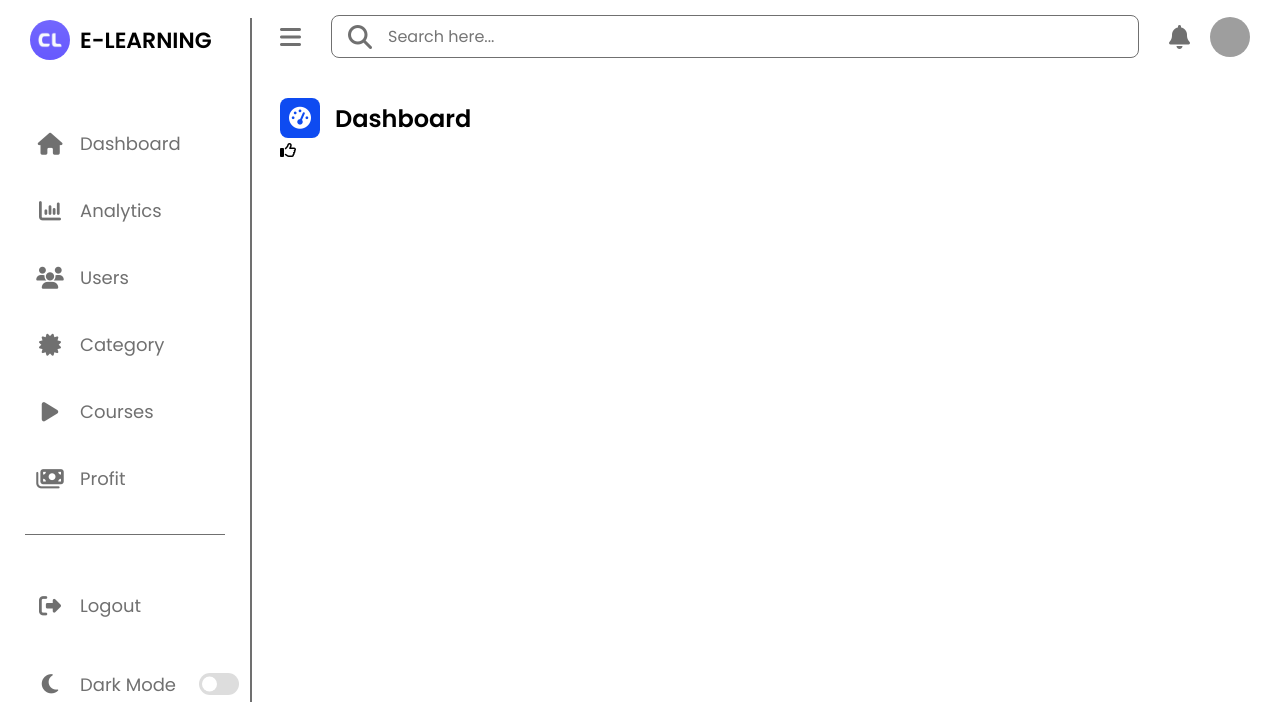
Repository: phamngocthang/practice-html-css
Page: Admin/dist/index.html
These files come from the project's save history. The page is drawn as it stood at one moment and after the next save; the edit follows.
The browser window is 1280 px wide. The pictures show the whole page.
Pictures or frames that could not be fetched are drawn as grey boxes. The style sheet was rebuilt from its Sass, Less or Tailwind sources for each picture, by a compiler version that may differ from the author's.

Above is the page before, as saved 2023-10-25 02:18:13.

After the next save:
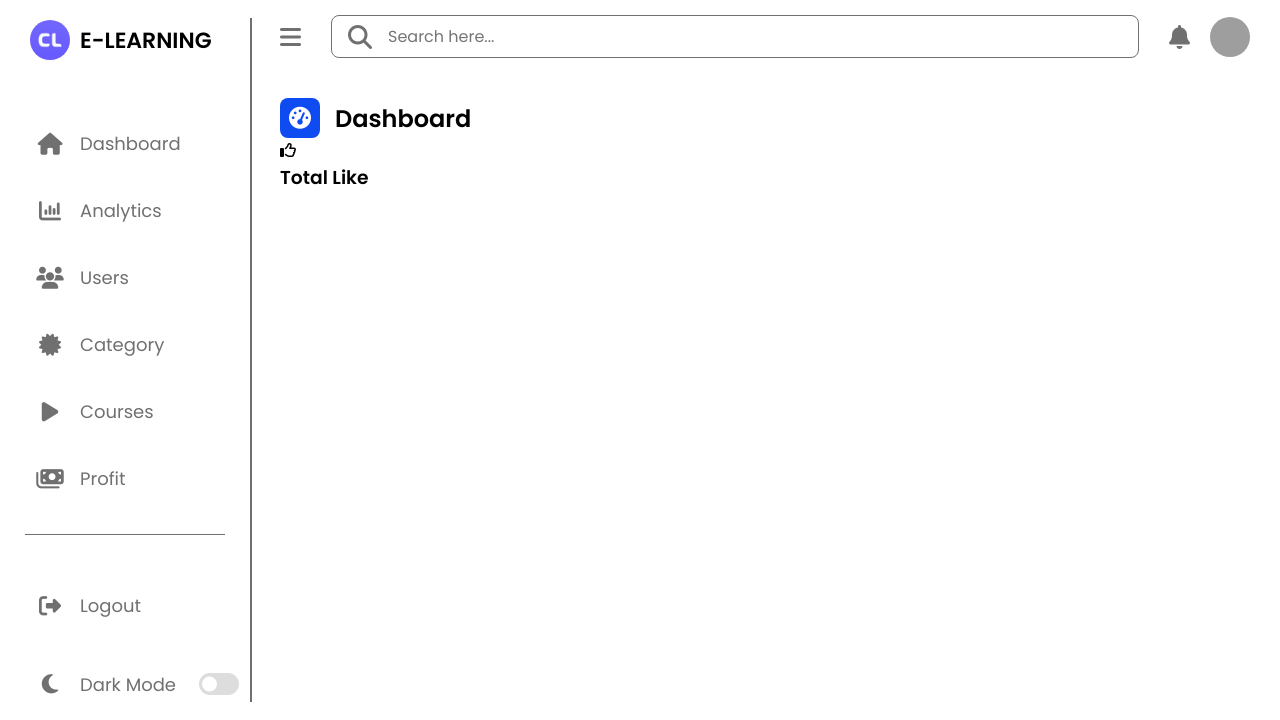
Saved 15 s later.
--- a/Admin/dist/index.html
+++ b/Admin/dist/index.html
@@ -90,6 +90,7 @@
                 <div class="data">
                     <div class="data__box">
                         <i class="fa-regular fa-thumbs-up"></i>
+                        <h3>Total Like</h3>
                     </div>
                 </div>
             </div>
